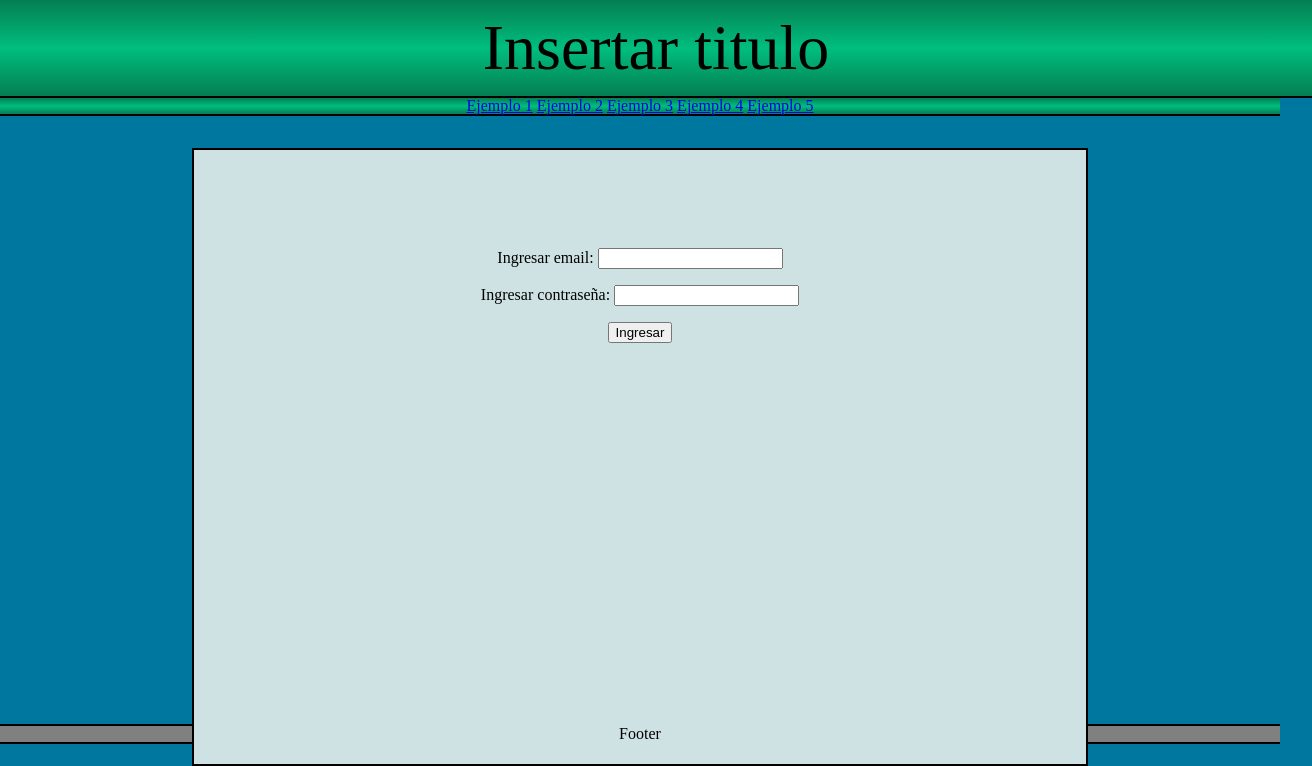
Repository: FacundoKinderknecht/Parcial-2-LPPA
Page: login/login.html
An editor plug-in stored every save of this project. The page is shown before and after the next save, followed by the edit.
The browser window is 1280 px wide. The page is 1312 px wide, so the pictures cover 1312 px, including what lies to the right of the window. The pictures show the whole page.

Above is the page before, as saved 2022-07-06 10:30:55.

### login/login.html
<!DOCTYPE html>
<html lang="en">
<head>
    <meta charset="UTF-8">
    <meta http-equiv="X-UA-Compatible" content="IE=edge">
    <meta name="viewport" content="width=device-width, initial-scale=1.0">
    <title>Document</title>
    <link rel="stylesheet" href="/reset.css">
    <link rel="stylesheet" href="/login/login.css">
    <script src="/login/login.js"></script>
</head>
<body>
    <header>
        <h1>Insertar titulo</h1>
    </header>
    <nav>
        <li>
            <a href="#">Ejemplo 1</a>
            <a href="#">Ejemplo 2</a>
            <a href="#">Ejemplo 3</a>
            <a href="#">Ejemplo 4</a>
            <a href="#">Ejemplo 5</a>
        </li>
    </nav>
    <main>
        <form>
            <div class="email">
                <label for="email">Ingresar email:</label>
                <input type="text" name="email" id="email">
            </div>
            <div class="contraseña">
                <label for="contraseña">Ingresar contraseña:</label>
                <input type="password" name="contraseña" id="contraseña">
            </div>
            <div class="boton">
                <input type="submit" value="Ingresar">
            </div>
        </form>
    </main>
    <footer>
        <p>Footer</p>
    </footer>
</body>
</html>

### login/login.css
header{
    width: 100%;
    border-bottom: black 2px solid;
    padding: 1rem;
    font-size: 400%;
    background: linear-gradient(to top, rgb(4, 126, 83), rgb(0, 190, 126), rgb(4, 126, 83));
}
nav{
    background: linear-gradient(to top, rgb(4, 126, 83), rgb(0, 190, 126), rgb(4, 126, 83));
    display: block;
    border-bottom: black 2px solid;
    text-decoration: none;
}
li{
    text-decoration: none;
    list-style: none;
    color: black;
}
body{
    background-color: rgb(0, 119, 159);
    height: 100%;
    align-items: center;
    text-align: center;
    margin: 0;
}
main{
    display: inline-block;
    width: 70%;
    padding: 2rem;
    height: 34rem;
}
form{
    background-color: rgb(207, 226, 227);  border: black solid 2px;
    padding: 10%;
    height: 80%;
}
div{
    padding: 0.5rem;
}
footer{
    border-top: 2px solid black;
    border-bottom: 2px solid black;
    background-color: grey;
    bottom: 0;
    width: 100%;
}

Loaded but not shown: reset.css (common file); login/login.js (no stored copy; drawn as an empty file)

After the next save:
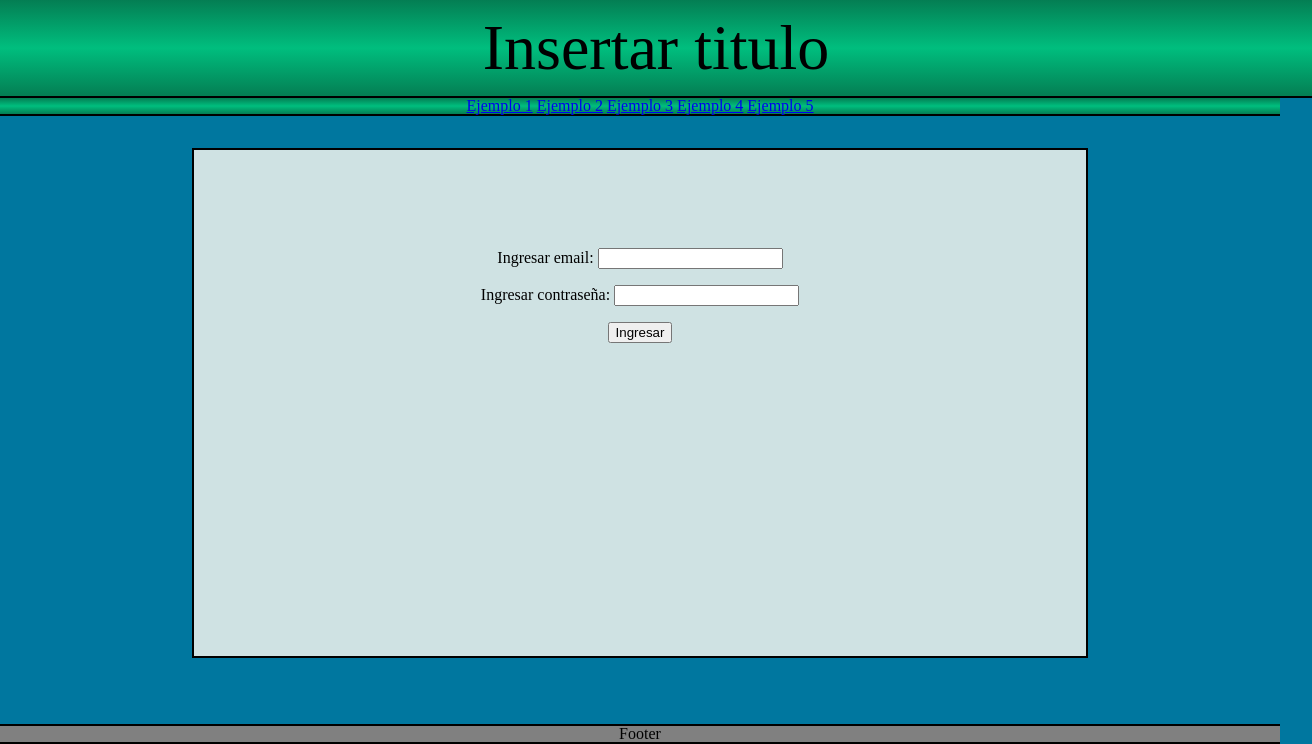
Saved 5 s later.
--- a/login/login.css
+++ b/login/login.css
@@ -32,7 +32,7 @@ main{
 form{
     background-color: rgb(207, 226, 227);  border: black solid 2px;
     padding: 10%;
-    height: 80%;
+    height: 60%;
 }
 div{
     padding: 0.5rem;
